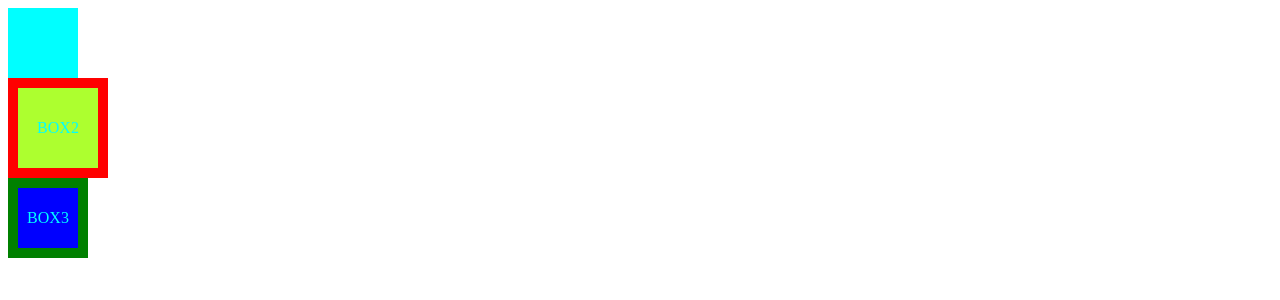
Repository: Ducspdn/WeTheBandF8
Page: html_learn_f8/index3.html
The author's editor kept a copy of each file at every save. The page is drawn from the files as they stood at one save, then again after the next save.
The browser window is 1280 px wide. The pictures show the whole page.

Above is the page before, as saved 2023-01-14 10:31:30.

After the next save:
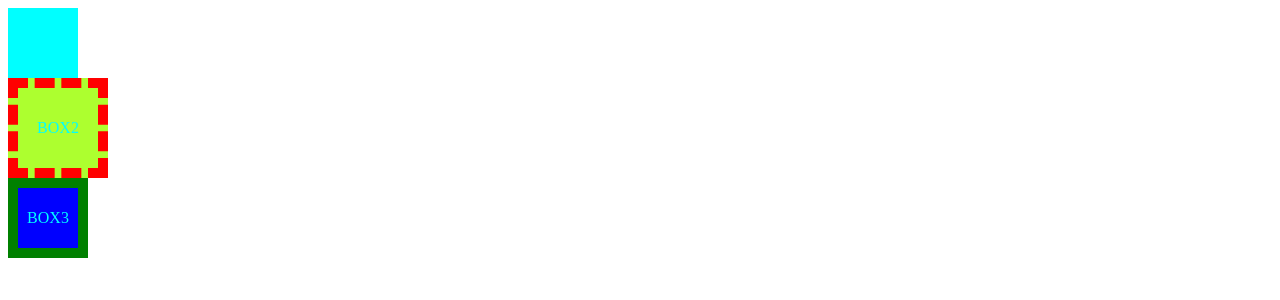
Saved 22 s later.
--- a/html_learn_f8/index3.html
+++ b/html_learn_f8/index3.html
@@ -23,7 +23,7 @@
     .BOX2{
         background-color: greenyellow ;
         padding: 10px;
-        border: 10px solid red;
+        border: 10px dashed red;
     }
     .BOX3{
         background-color: blue;
